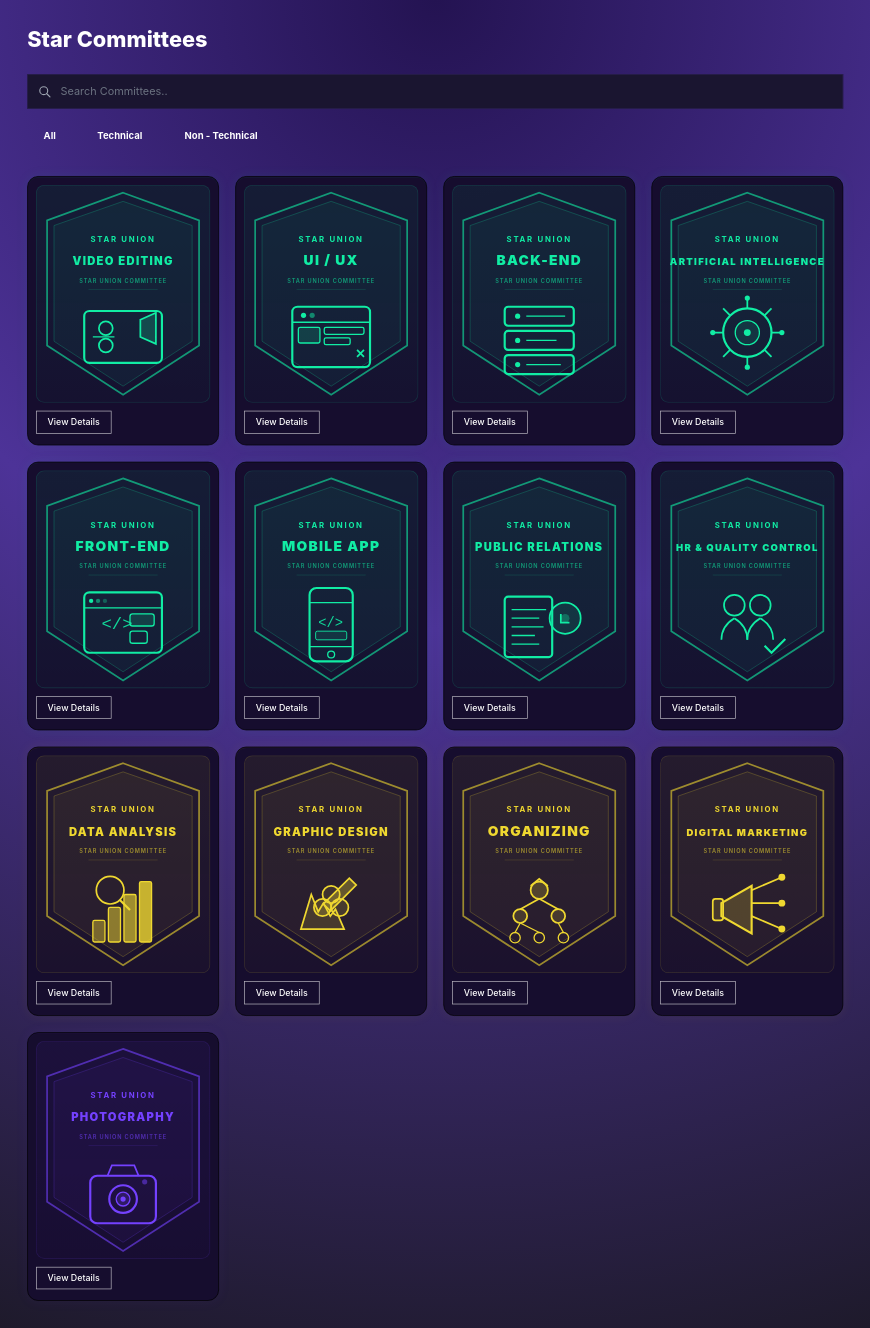
Repository: Frontend-Committee/StarUnion-Website
Page: /committees
The author's editor kept a copy of each file at every save. The page is drawn from the files as they stood at one save, then again after a run of saves.
The browser window is 1280 px wide. The pictures show the whole page, at 68% of full size.
The project was rebuilt for these pictures with package versions that can differ from the ones it lists, and the page was loaded fresh each time. Also part of the build but not shown: vite.config.js, src/features/committees/pages/CommitteeDetailsPage.jsx, src/components/common/Navbar.jsx, src/components/common/Footer.jsx.

Above is the page before, as saved 2026-02-26 02:49:37.

After the next 2 saves:
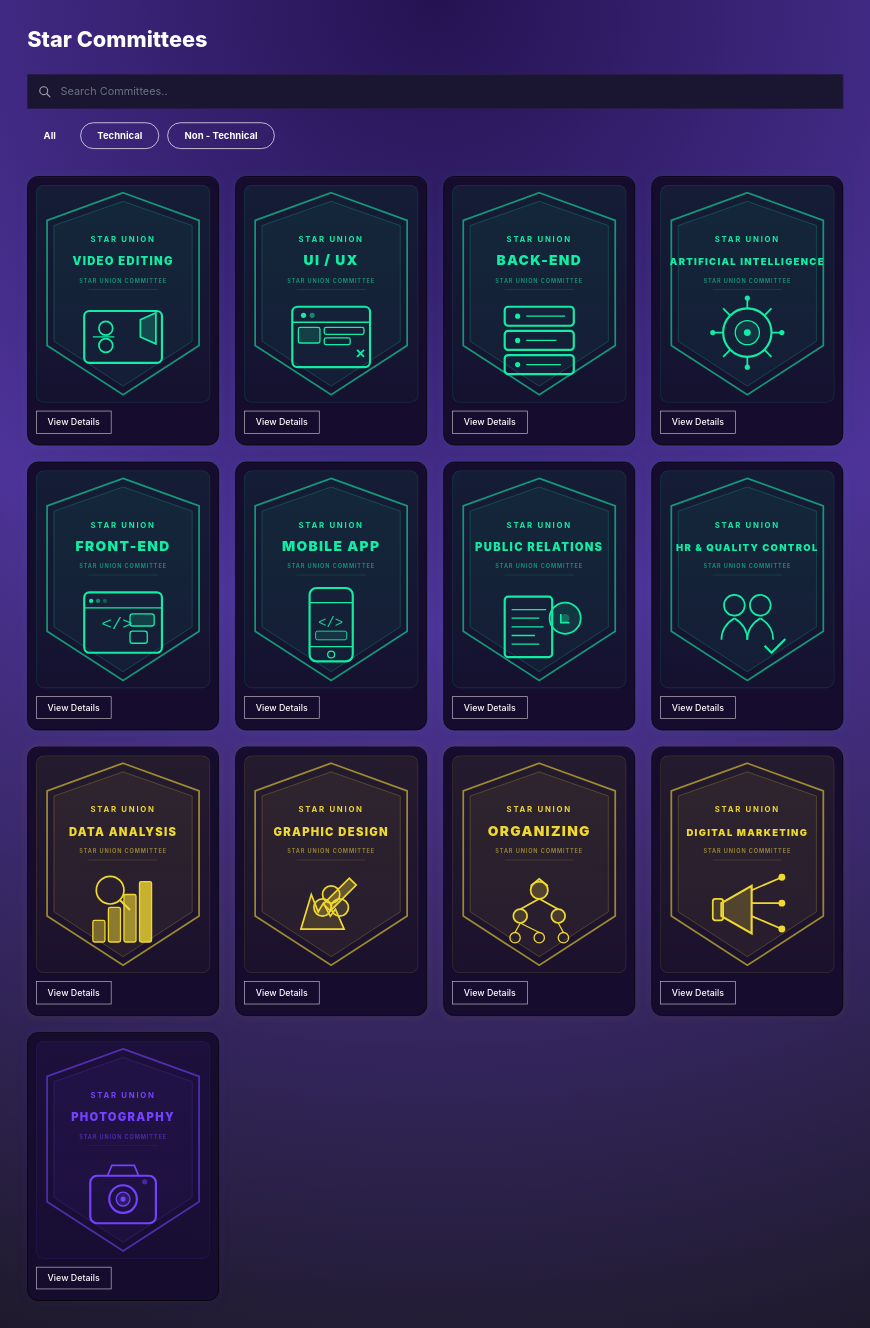
The 2 saves are shown as one change because they came seconds apart.
The last was saved 46 s later.
--- a/src/features/committees/pages/CommitteesPage.jsx
+++ b/src/features/committees/pages/CommitteesPage.jsx
@@ -78,7 +78,7 @@ export default function CommitteesPage() {
                 className={`px-6 py-2 rounded-full text-[14px] font-bold transition-all duration-300 ${
                   activeFilter === tab.value
                     ? "bg-primary text-white"
-                    : "border border-transparent border-primary text-white hover:bg-white/10"
+                    : "border border-white border-primary text-white hover:bg-white/10"
                 }`}
               >
                 {tab.label}
